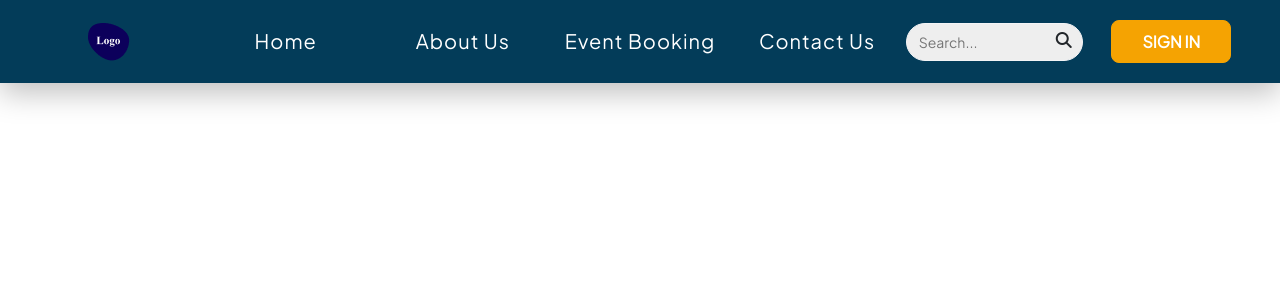
Repository: Akash8377/Hospitality-website
Page: /event-booking
These files come from the project's save history. The page is drawn as it stood at one moment and after a run of saves; the edit follows.
The browser window is 1280 px wide. The pictures show the whole page.
Some web libraries are served in a nearby version. The project was rebuilt for these pictures with package versions that can differ from the ones it lists, and the page was loaded fresh each time. Also part of the build but not shown: src/Component/Partial/heading-cont.js, src/Component/Shared/about-us.js, src/Component/Shared/Banner.js, src/Component/Shared/popular-jobs.js, src/Component/Sliders/ServiceSlider.js, src/Component/Sliders/ReviewSlider.js, src/Component/Partial/index-banner.js, src/Component/Partial/index-buisness-banner.js and 8 more.

Above is the page before, as saved 2023-07-07 12:33:28.

### public/index.html
<!-- @format -->

<!DOCTYPE html>
<html lang="en">
  <head>
    <meta charset="utf-8" />
    <link rel="icon" href="%PUBLIC_URL%/favicon.ico" />
    <meta name="viewport" content="width=device-width, initial-scale=1" />
    <meta name="theme-color" content="#000000" />
    <meta
      name="description"
      content="Web site created using create-react-app"
    />
    <link rel="apple-touch-icon" href="%PUBLIC_URL%/logo192.png" />
    <link rel="manifest" href="%PUBLIC_URL%/manifest.json" />

    <link rel="preconnect" href="https://fonts.googleapis.com" />
    <link rel="preconnect" href="https://fonts.gstatic.com" crossorigin />
    <link href="https://fonts.googleapis.com/css2?family=Plus+Jakarta+Sans&family=Poppins&display=swap" rel="stylesheet">
    <title>React App</title>
  </head>
  <body>
    <noscript>You need to enable JavaScript to run this app.</noscript>
    <div id="root"></div>
  </body>
  <script src="https://kit.fontawesome.com/b533b351e4.js" crossorigin="anonymous"></script>
</html>

### src/index.css
/** @format */

body {
  margin: 0;
  padding: 0;
  font-family: -apple-system, BlinkMacSystemFont, "Segoe UI", "Roboto", "Oxygen",
    "Ubuntu", "Cantarell", "Fira Sans", "Droid Sans", "Helvetica Neue",
    sans-serif;
  -webkit-font-smoothing: antialiased;
  -moz-osx-font-smoothing: grayscale;
}

code {
  font-family: source-code-pro, Menlo, Monaco, Consolas, "Courier New",
    monospace;
}

### src/App.js
import React from 'react'
import {  BrowserRouter  , Route , Routes } from 'react-router-dom'
import HomePage from './Pages/HomePage'



// Css
import './Css/Navbar.css'
import './Css/Lap.css'
import AboutUs from './Pages/AboutUs'
import EventBooking from './Pages/EventBooking'
const App = () => {
  return (
    <>
      <BrowserRouter>
        <Routes>
            <Route path='/' element={<HomePage />} />
            <Route path='/about-us' element={<AboutUs />} />
            <Route path='/event-booking' element={<EventBooking />} />
        </Routes>
      </BrowserRouter>
    </>
  )
}

export default App

### src/Css/Navbar.css
/** @format */

.Navbar {
  display: flex;
  justify-content: space-evenly;
  box-shadow: 0px 10px 30px 0px rgba(0, 0, 0, 0.25);
  background-color: #033c59;
  padding: 20px;
  align-items: center;
}
.Navbar .main {
  width: 15%;
  text-align: center;
}
.Navbar .main a {
  text-decoration: none;
  color: #fff;
  font-size: 20px;
  font-family: Plus Jakarta Sans;
  font-style: normal;
  font-weight: 400;
  line-height: 24px;
  letter-spacing: 1px;
  margin: 0;
}

.Navbar .main img {
  display: block;
  margin: auto;
  max-width: 100%;
}
.Navbar .main div {
  border-radius: 24px;
  border: 1px solid #f3f4f6;
  background: #eee;
  padding: 8px;
  display: flex;
  justify-content: space-between;
  padding-left: 10px;
  padding-right: 10px;
}
.Navbar .main div input {
  border: none;
  background-color: transparent;
  outline: none;
  color: #6b7280;
  font-size: 14px;
  font-family: Plus Jakarta Sans;
  font-style: normal;
  font-weight: 400;
  line-height: normal;
  width: 80%;
}
.Navbar .main button {
  border-radius: 8px;
  background: #f5a302;
  width: 120px;
  padding: 10px;
  color: #fff;
  text-align: center;
  font-size: 16px;
  font-family: Plus Jakarta Sans;
  font-style: normal;
  font-weight: 800;
  line-height: normal;
  outline: none;
  border: 1px solid #f5a302;
}

.Navbar .main a:focus{
    font-weight: 700;
}

### src/Pages/EventBooking.js
import React from 'react'
import Navbar from '../Component/Navbar/Navbar'

const EventBooking = () => {
  return (
    <>
        <Navbar />
    </>
  )
}

export default EventBooking

### src/Component/Navbar/Navbar.js
/** @format */

import React from "react";
import { Link } from "react-router-dom";

const Navbar = () => {
  return (
    <div className="Navbar">
      <div className="main">
        <img src="./Image/logo.png" alt="Logo" />
      </div>
      <div className="main">
        <Link to="/">
          Home
        </Link>
      </div>
      <div className="main">
        <Link to="/about-us">
          About Us
        </Link>
      </div>
      <div className="main">
        <Link to="/event-booking">
          Event Booking
        </Link>
      </div>
      <div className="main">
        <Link to="/">
        Contact Us
        </Link>
      </div>
      <div className="main">
       <div>
       <input type={"search"} placeholder="Search..." />
        <i className="fa-solid fa-magnifying-glass"></i>
       </div>
      </div>
      <div className="main">
        <button>SIGN IN</button>
      </div>
    </div>
  );
};

export default Navbar;

Loaded but not shown: src/index.js (common file); src/Component/Partial/Event Booking Component/Banner.js (common file)

After the next 2 saves:
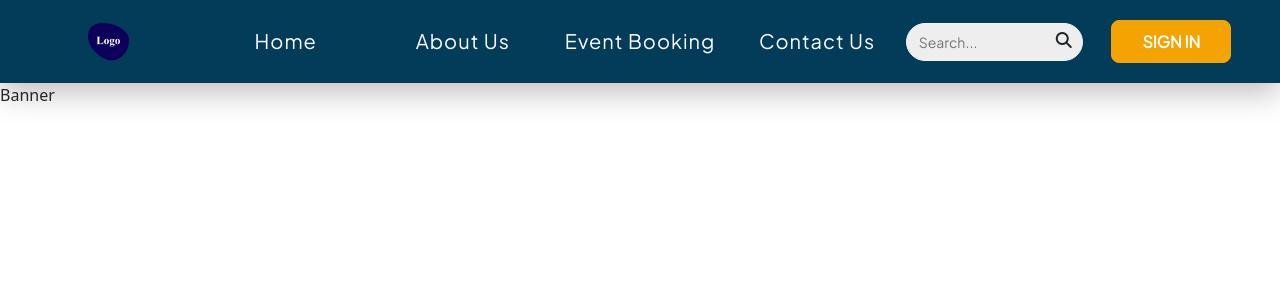
The 2 saves are shown as one change because 1 did not build or start.
The last was saved 10 s later.
--- a/src/Pages/EventBooking.js
+++ b/src/Pages/EventBooking.js
@@ -1,10 +1,12 @@
 import React from 'react'
 import Navbar from '../Component/Navbar/Navbar'
+import Banner from '../Component/Partial/Event Booking Component/Banner'
 
 const EventBooking = () => {
   return (
     <>
         <Navbar />
+        <Banner />
     </>
   )
 }
